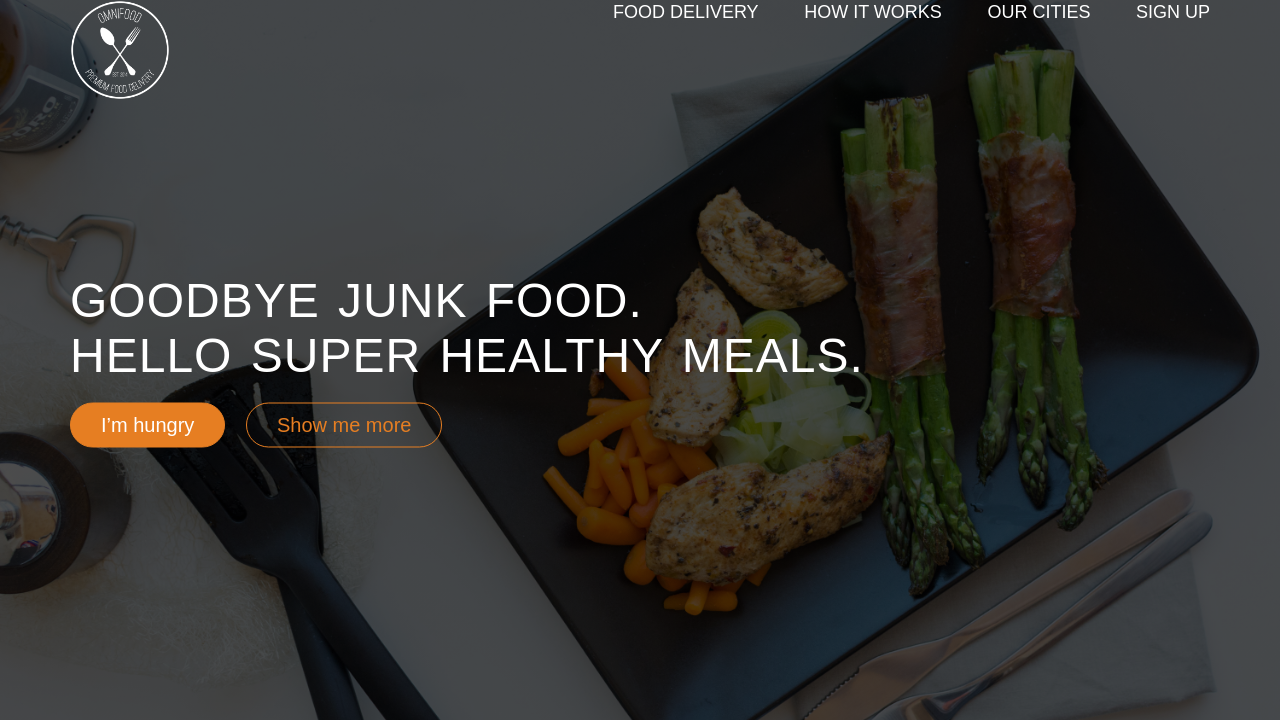
Repository: pboi18/E-Foods
Page: index.html
The author's editor kept a copy of each file at every save. The page is drawn from the files as they stood at one save, then again after the next save.
The browser window is 1280 px wide. The pictures show the whole page.

Above is the page before, as saved 2020-07-09 22:38:58.

### index.html
<!DOCTYPE html>
<html lang="en">
    <head>
        <meta http-equiv="Content-Type" content="text/html;charset=UTF-8">
        <link rel="stylesheet" href="vendors/css/normalize.css">
        <link rel="stylesheet" href="vendors/css/7.1 Grid.css">
        <link rel="stylesheet" href="resources/css/style.css">
        <link href='http://fonts.googleapis.com/css?family=Lato:100,300,400,300italic' rel='stylesheet' type='text/css'>
        <title>Ominifoods</title>
    </head>

    <body>
        <header>
            <nav>
                <div class="row">
                    <img src="resources/img/logo-white.png" alt="Ominifood logo" class="logo">

                    <ul class="main-nav">
                        <li><a href="#">Food delivery</a></li>
                        <li><a href="#">How it works</a></li>
                        <li><a href="#">Our cities</a></li>
                        <li><a href="#">Sign up</a></li>
                    </ul>

                </div>
            </nav>
            <div class="hero-text-box">
                <h1>Goodbye junk food. <br> Hello super healthy meals.</h1>
                <a href="#" class="btn btn-full">I’m hungry </a>
                <a href="#" class="btn btn-ghost">Show me more </a>
            </div>

        </header>
    </body>
</html>

### resources/css/style.css
/*  --------------------------- */
/*  BASIC SETUP */
/*  --------------------------- */

* {
    margin: 0;
    padding: 0;
    box-sizing: border-box;
}

html {
    background-color: #fff;
    color: #555;
    font-family: Arial, Helvetica, sans-serif,'Lato';
    font-weight: 300;
    font-size: 20px;
    text-rendering: optimizeLegibility;
}


/*  --------------------------- */
/*  REUSEABLE COMPONENTS */
/*  --------------------------- */


.row {
    max-width: 1140px;
    margin: 0 auto;
}

/*  --------------------------- */
/*  HEADINGS */
/*  --------------------------- */

h1 {
    margin-top: 0;
    margin-bottom: 20px;
    color: #fff;
    font-size: 240%;
    font-weight: 300;
    text-transform: uppercase;
    letter-spacing: 1px;
    word-spacing: 4px;
}

/*  --------------------------- */
/*  BUTTONS */
/*  --------------------------- */

.btn:link,
.btn:visited {
    display: inline-block;
    padding: 10px 30px;
    font-weight: 300;
    text-decoration: none;
    border-radius: 200px;
    transition: all 0.2s;
}


.btn-full:link,
.btn-full:visited {
    background-color: #e67e22;
    border: 1px solid #e67e22;
    color: #fff;
    margin-right: 15px;
}

.btn-ghost:link,
.btn-ghost:visited {
    border: 1px solid #e67e22;
    color: #e67e22;
}

.btn:hover,
.btn:active {
    background-color: #cf6d17;
}


.btn-full:hover,
.btn-full:active {
    border: 1px solid #cf6d17;
}

.btn-ghost:hover,
.btn-ghost:active {
    border: 1px solid #e67e22;
    color: #fff;
}

/*  --------------------------- */
/*  HEADER */
/*  --------------------------- */

header {
    background-image: linear-gradient(rgba(0, 0, 0, 0.7), rgba(0, 0, 0, 0.7)), url(img/hero.jpg);
    background-size: cover;
    background-position: center;
    height: 100vh;
}


.hero-text-box {
    position: absolute;
    width: 1140px;
    top: 50%;
    left: 50%;
    transform: translate(-50%, -50%);
}

.logo {
    height: 100px;
    width: auto;
    float: left;
}

.main-nav {
    float: right;
    list-style: none;
}

.main-nav li {
    display: inline-block;
    margin-left: 40px;
}

.main-nav li a {
    color: #fff;
    text-decoration: none;
    text-transform: uppercase;
    font-size: 90%;
}

Loaded but not shown: vendors/css/normalize.css (library); vendors/css/7.1 Grid.css (library)

After the next save:
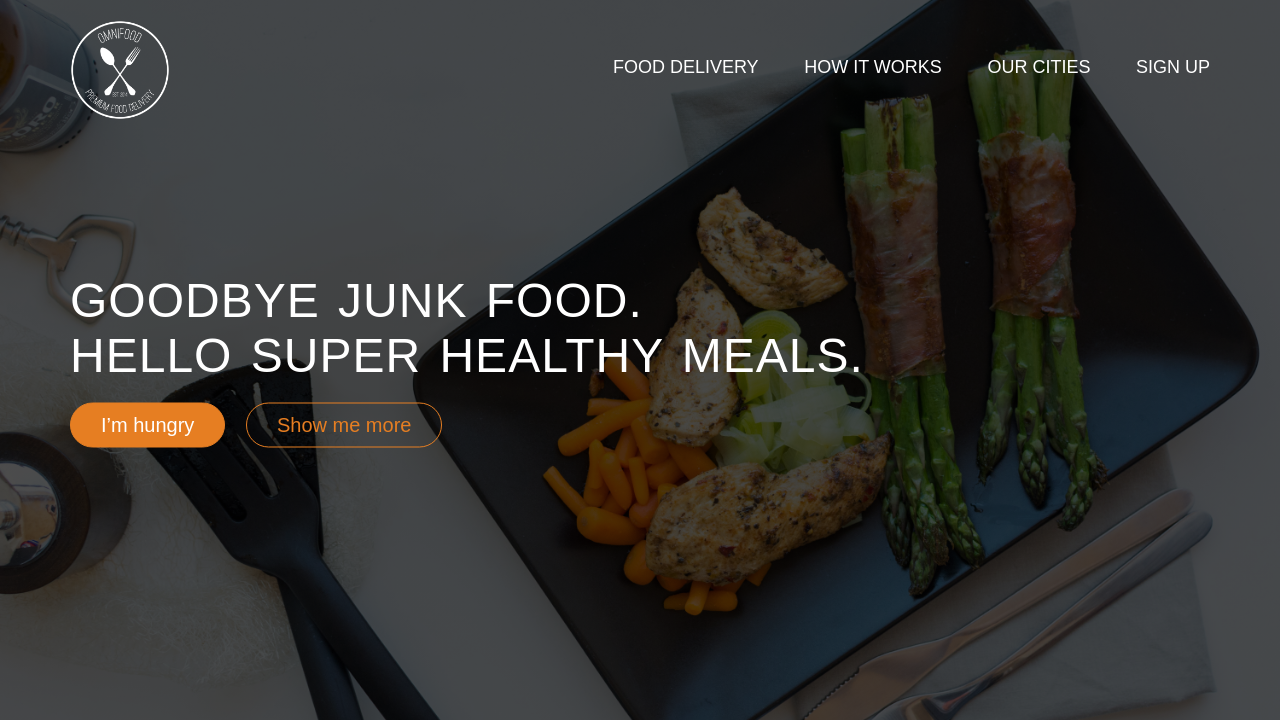
Saved 67 s later.
--- a/resources/css/style.css
+++ b/resources/css/style.css
@@ -113,11 +113,13 @@ header {
     height: 100px;
     width: auto;
     float: left;
+    margin-top: 20px;
 }
 
 .main-nav {
     float: right;
     list-style: none;
+    margin-top: 55px;
 }
 
 .main-nav li {
